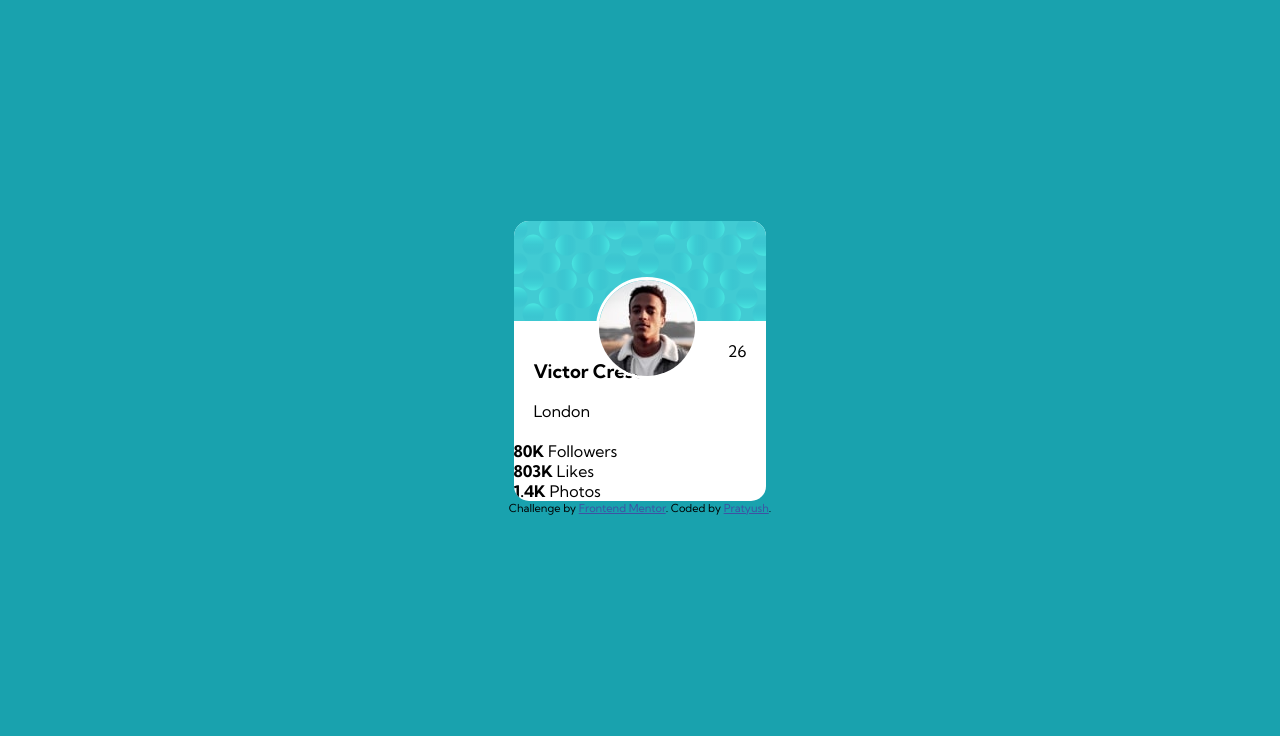
Repository: PratypartyY2K/frontendmentor-challenges
Page: profile-card-component-main/index.html
These files come from the project's save history. The page is drawn as it stood at one moment and after the next save; the edit follows.
The browser window is 1280 px wide. The pictures show the whole page.

Above is the page before, as saved 2021-07-15 13:18:36.

### profile-card-component-main/index.html
<!DOCTYPE html>
<html lang="en">
  <head>
    <meta charset="UTF-8" />
    <meta name="viewport" content="width=device-width, initial-scale=1.0" />
    <!-- displays site properly based on user's device -->

    <link
      rel="icon"
      type="image/png"
      sizes="32x32"
      href="./images/favicon-32x32.png"
    />

    <title>Frontend Mentor | Profile card component</title>

    <link rel="stylesheet" href="style.css" />
  </head>
  <body>
    <!--
    <div class="bg-upper-img">
      <img src="images/bg-pattern-top.svg">
    </div>
  -->
    <div class="card-wrapper">
      <div class="upper-div">
        <!--background-->
      </div>
      <img src="images/image-victor.jpg">
      <div class="middle-div">

          <div class="row-1"><h3>Victor Crest</h3>26</div>
          <div class="row-2">London</div>

      </div>
      <div class="stats">
        <div class="stat_element">
          <b>80K</b>
          Followers
        </div>
        <div class="stat_element">
          <b>803K</b>
          Likes
        </div>
        <div class="stat_element">
          <b>1.4K</b>
          Photos
        </div>
      </div>
    </div>


    <div class="attribution">
      Challenge by
      <a href="https://www.frontendmentor.io?ref=challenge" target="_blank"
        >Frontend Mentor</a
      >. Coded by
      <a
        href="https://www.frontendmentor.io/profile/PratypartyY2K"
        target="_blank"
        >Pratyush</a
      >.
    </div><!--
    <div class="bg-bottom-img">
      <img src="images/bg-pattern-bottom.svg">
    </div>-->
  </body>
</html>

### profile-card-component-main/style.css
@import url("https://fonts.googleapis.com/css2?family=Kumbh+Sans:wght@400;700&display=swap");

:root {
  --primary-cyan: hsl(185, 75%, 39%);
  --primary-blue: hsl(229, 23%, 23%);
  --primart-grayish-blue: hsl(227, 10%, 46%);
  --neutral-dark-gray: hsl(0, 0%, 59%);
}

body {
  font-family: "Kumbh Sans", sans-serif;
  position: relative;
  background-color: var(--primary-cyan);
  min-height: 100vh;
  display: flex;
  flex-direction: column;
  justify-content: center;
  align-items: center;
}

.card-wrapper {
    display: flex;
    flex-direction: column;
    background-color: white;
    width: 20%;
    position: relative;
    border-radius: 15px;
    overflow: hidden;
}

.upper-div {
    background-image: url('images/bg-pattern-card.svg');
    background-repeat: no-repeat;
    background-size: cover;
    width: 100%;
    height: 100px;
}

.card-wrapper > img {
    position: absolute;
    border-radius: 50%;
    border: 3px solid white;
    left: 32.5%;
    top: 20%;
}

.middle-div {
    display: flex;
    flex-direction: column;
    padding: 20px;
}

.row-1 {
    display: flex;
    justify-content: space-between;
}






.attribution {
  font-size: 11px;
  text-align: center;
}
.attribution a {
  color: hsl(228, 45%, 44%);
}

After the next save:
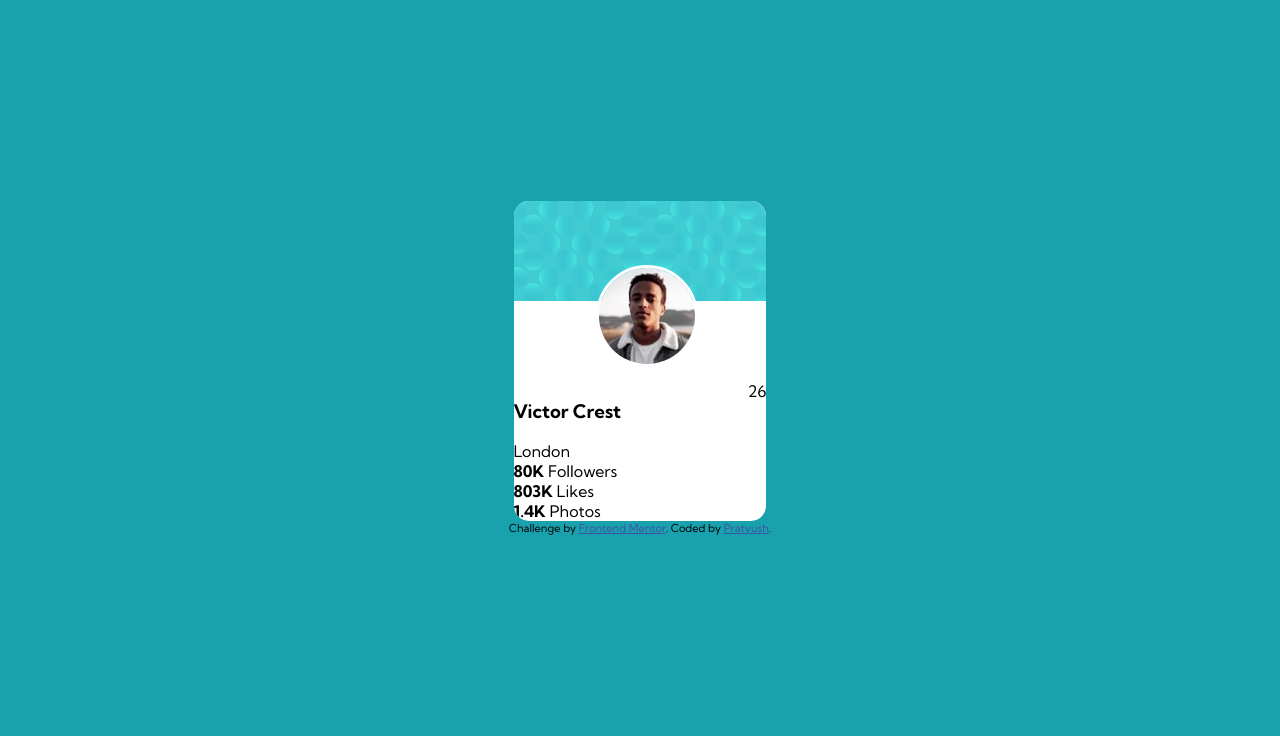
Saved 12 s later.
--- a/profile-card-component-main/style.css
+++ b/profile-card-component-main/style.css
@@ -47,7 +47,7 @@
 .middle-div {
     display: flex;
     flex-direction: column;
-    padding: 20px;
+    margin-top: 5rem;
 }
 
 .row-1 {
